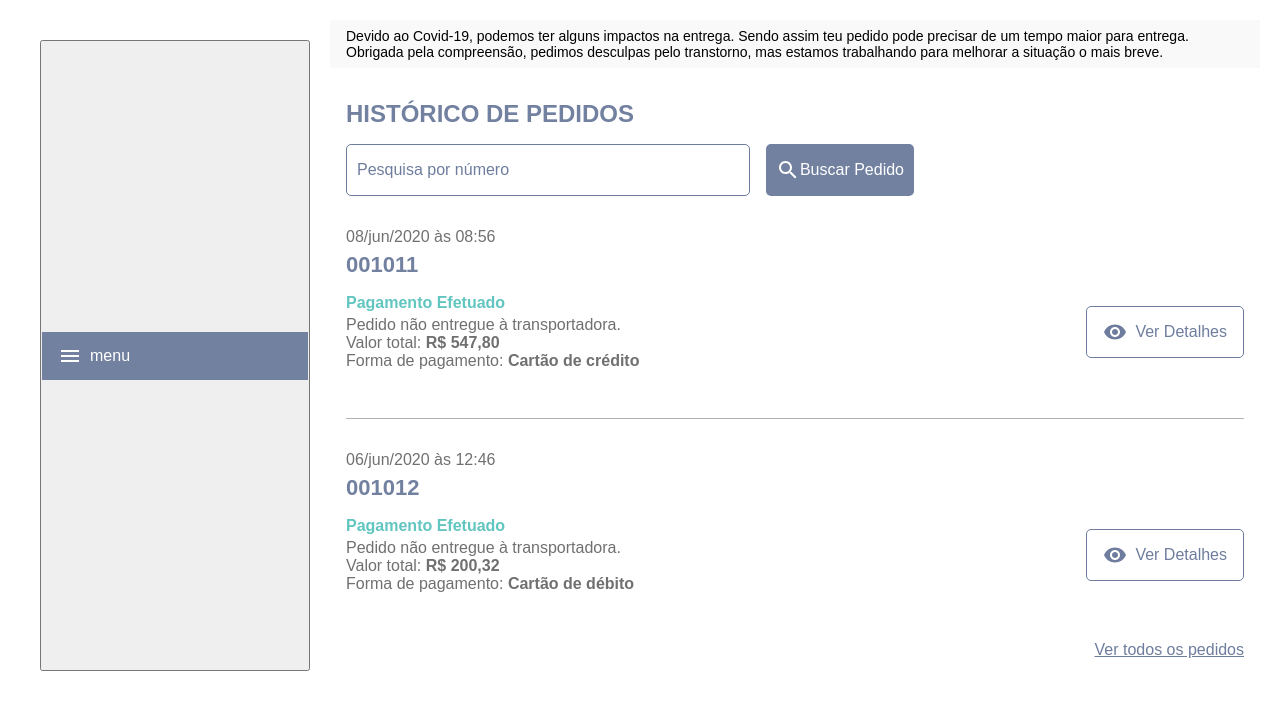
Repository: indiamarasiqueira/gestao-produto
Page: /
These files come from the project's save history. The page is drawn as it stood at one moment and after the next save; the edit follows.
The browser window is 1280 px wide. The pictures show the whole page.
The project was rebuilt for these pictures with package versions that can differ from the ones it lists, and the page was loaded fresh each time. Also part of the build but not shown: src/pages/generic/style.js, src/pages/generic/index.js, src/components/ModalMenu/index.js.

Above is the page before, as saved 2020-07-07 11:19:47.

### src/global.js
import { createGlobalStyle } from "styled-components";

const GlobalStyle = createGlobalStyle`
    * {
        margin: 0;
        padding: 0;
        outline: 0;
        box-sizing: border-box;
    }
   html, body, #root {
    margin: 0;
    padding: 0;
    font-family: 'Montserrat', sans-serif;
    -webkit-font-smoothing: antialiased;
    -moz-osx-font-smoothing: grayscale;
    background-color: #ffffff;
    }
`;
export default GlobalStyle;

### src/routes.js
import React from "react";
import { BrowserRouter, Switch, Route } from "react-router-dom";

import GenericPage from "./pages/generic";
// import AppMenu from "./components/AppMenu";
import OrderHistory from "./pages/orderHistory";
import AlertCovid from "./components/AlertCovid";

export default function Routes() {
  return (
    <BrowserRouter>
      <Switch>
        <Route path="*">
          {/* <AppMenu />
          <AlertCovid /> */}
          <Route path="/perfil" exact component={() => <GenericPage title="Meu Perfil" />} />
          <Route path="/localizacao" exact component={() => <GenericPage title="Meus endereços" />} />
          <Route path="/favoritos" exact component={() => <GenericPage title="Lista de favoritos" />} />
          <Route path={["/", "/pedidos"]} exact component={OrderHistory} />
        </Route>
      </Switch>
    </BrowserRouter>
  );
}

### src/pages/orderHistory/index.js
import React, { Fragment, useState } from "react";

import { OrderMenu, MenuApp } from "./style";

import AppMenu from '../../components/AppMenu'
import AlertCovid from "../../components/AlertCovid";
import HeaderTitle from "../../components/HeaderTitle";
import BoxSearch from "../../components/BoxSearch/index";
import Order from "../../components/Order/index";


const OrderHistory = () => {
  const [value, setValue] = useState("");
  const [query, setQuery] = useState("");
  const handleChange = (e) => setValue(e.target.value);

  const handleSubmit = (e) => {
    e.preventDefault();
    setQuery(value);
  };

  return (
    <OrderMenu>
      <MenuApp>
        <AppMenu />
      </MenuApp>
      <div>
        <AlertCovid />
        <HeaderTitle>HISTÓRICO DE PEDIDOS</HeaderTitle>
        <BoxSearch value={value} handleChange={handleChange} handleSubmit={handleSubmit} />
        <Order query={query} />
      </div>
    </OrderMenu>
  );
};
export default OrderHistory;

### src/components/AlertCovid/index.js
import React from "react";

import { Alert } from './style';

const AlertCovid = () => {
  return (
    <Alert>
      Devido ao Covid-19, podemos ter alguns impactos na entrega. Sendo assim teu pedido pode precisar de um tempo maior
      para entrega. Obrigada pela compreensão, pedimos desculpas pelo transtorno, mas estamos trabalhando para melhorar
      a situação o mais breve.
    </Alert>
  );
};
export default AlertCovid;

### src/components/HeaderTitle/index.js
import React from "react";

import { Title } from "./style";

const HeaderTitle = (props) => {
  return <Title>{props.children}</Title>;
};
export default HeaderTitle;

### src/pages/orderHistory/style.js
import styled from "styled-components";

export const OrderMenu = styled.div`
  display: grid;
  justify-content: center;
  grid-template-columns: 1fr 3fr ;
  padding: 20px;
  box-sizing: border-box;
  height: 100%;

   @media all and ( max-width: 1250px) {
    display: flex;
    flex-direction: column;
    width: 100%;
    padding: 10px;
  }
`;
export const MenuApp = styled.div`
  display: grid;
  justify-content: center;
  grid-template-columns: 1fr;
  padding: 20px;
  box-sizing: border-box;
  height: 100%;

  @media all and (max-width: 1250px) {
    display: flex;
    flex-direction: column;
    width: 100%;
    padding: 10px;
  }
`;

### src/components/AppMenu/index.js
import React, { useState } from "react";
import { useHistory } from "react-router-dom";

import MenuIcon from "@material-ui/icons/Menu";
import LockOpenIcon from "@material-ui/icons/LockOpen";
import HistoryIcon from "@material-ui/icons/History";
import RoomOutlinedIcon from "@material-ui/icons/RoomOutlined";
import FavoriteBorderIcon from "@material-ui/icons/FavoriteBorder";
import CloseIcon from "@material-ui/icons/Close";

import ModalMenu from '../ModalMenu/index';

import {
  MenuMain,
  Button,
  BoxIcon,
  MainMenu,
  UserInfo,
  UserInfoName,
  UserInfoEmail,
  MenuList,
  MenuListItem,
  MenuIconImage
} from "./style";

const AppMenu = () => {
  const history = useHistory();
  const [show, showModal] = useState(false);
  const navigate = (route) => {
    history.push(route);
    showModal(false);
  }

  return (
    <MenuMain>
      <Button onClick={() => showModal(!show)}>
        <BoxIcon>{show ? <CloseIcon /> : <MenuIcon />}</BoxIcon>
        menu
      </Button>
      <ModalMenu show={show}>
        <MainMenu>
          <UserInfo>
            <UserInfoName>Caroline Melinda W Effting</UserInfoName>
            <UserInfoEmail>effting.caroline@gmail.com</UserInfoEmail>
          </UserInfo>
          <MenuList>
            <MenuListItem onClick={() => navigate("/perfil")}>
              <MenuIconImage>
                <LockOpenIcon />
              </MenuIconImage>
              <span className="menu-label">meu perfil</span>
            </MenuListItem>
            <MenuListItem onClick={() => navigate("/pedidos")}>
              <MenuIconImage>
                <HistoryIcon />
              </MenuIconImage>
              <span className="menu-label">histórico de pedidos</span>
            </MenuListItem>
            <MenuListItem onClick={() => navigate("/localizacao")}>
              <MenuIconImage>
                <RoomOutlinedIcon />
              </MenuIconImage>
              <span className="menu-label">meus endereços</span>
            </MenuListItem>
            <MenuListItem onClick={() => navigate("/favoritos")}>
              <MenuIconImage>
                <FavoriteBorderIcon />
              </MenuIconImage>
              <span className="menu-label">lista de favoritos</span>
            </MenuListItem>
          </MenuList>
        </MainMenu>
      </ModalMenu>
    </MenuMain>
  );
};
export default AppMenu;

### src/components/BoxSearch/index.js
import React from "react";

import { Box, InputText, ButtonSearch } from "./style";
import SearchIcon from "@material-ui/icons/Search";

const BoxSearch = (props) => {
  return (
    <Box onSubmit={props.handleSubmit}>
      <InputText
        type="number"
        placeholder="Pesquisa por número"
        value={props.value}
        onChange={props.handleChange}
      />
      <ButtonSearch type="submit">
        <SearchIcon />
        <span className="search-text">Buscar Pedido</span>
      </ButtonSearch>
    </Box>
  );
};
export default BoxSearch;

### src/components/Order/index.js
import React, { useState } from "react";

import VisibilityIcon from "@material-ui/icons/Visibility";
import orderData from '../../db.json'

import {
  Empty,
  OrderList,
  OrderListItem,
  OrderDate,
  OrderId,
  OrderBox,
  OrderInfo,
  OrderStatus,
  ButtonOutline,
  OrderAll,
} from "./style";

const findOrder = (detail, query) => {
  const list = orderData.data;

  if (query){
    const regex = new RegExp(query);

    return list.filter(item => regex.test(item.id))
  }

  return detail ? orderData.data : orderData.data.slice(0, 2);
}


const Order = ({query}) => {
  const [detail, setDetail] = useState(false);
  const list = findOrder(detail, query)

  if (!list.length) {
    return <Empty>nenhum pedido encontrado :(</Empty>
  }

  return (
    <OrderList>
      {list.map((item, key) => (
        <OrderListItem key={key}>
          <OrderDate>{item.date}</OrderDate>
          <OrderId>{item.id}</OrderId>
          <OrderBox>
            <OrderInfo>
              <OrderStatus>{item.title}</OrderStatus>
              <p>
                {item.description}
                <br />
                Valor total: <b>R$ {item.price} </b>
                <br />
                Forma de pagamento: <b>{item.payment}</b>
              </p>
            </OrderInfo>
            <ButtonOutline>
              <VisibilityIcon />
              Ver Detalhes
            </ButtonOutline>
          </OrderBox>
        </OrderListItem>
      ))}
      {!detail && <OrderAll onClick={setDetail}>Ver todos os pedidos</OrderAll>}
    </OrderList>
  );
};
export default Order;

### src/components/AlertCovid/style.js
import styled from "styled-components";


// Main Page
export const Alert = styled.div`
  background: #f9f9f9;
  padding: 8px 16px;
  font-size: 14px;
`;

### src/components/HeaderTitle/style.js
import styled from "styled-components";

export const Title = styled.h1`
  color: #7281a0;
  padding: 16px;
  margin-top: 16px;
  font-weight: bold;
  font-size: 24px;
`;

### src/components/AppMenu/style.js
import styled from "styled-components";

export const MenuMain = styled.button`



`;
export const Button = styled.button`
  display: flex;
  align-items: center;
  justify-content: start;
  padding: 12px 16px;
  border: none;
  background: #7281A0;
  width: 100%;
  color: #ffffff;
  font-size: 16px;
  transition: all 0.2s ease-out;
  height: 48px;

  :hover{
    color: #7281A0;
    background: #F4F4F4;
  }
`;
export const BoxIcon = styled.div`
  display: inline-block;
  margin-right: 8px;
  height: 24px;
`;
export const MainMenu = styled.div`
  color: #717171;
  padding: 0 16px;
  border-bottom: 1px solid rgba(0, 0, 0, 0.3);
  position: fixed;
  top: 48px;
  left: 0;
  right: 0;
  bottom: 0;
  background: #fff;
`;

// User
export const UserInfo = styled.div`
  padding: 16px 0;
`;
export const UserInfoName = styled.p`
  margin-bottom: 8px;
`;
export const UserInfoEmail = styled.p``;
// Menu
export const MenuList = styled.nav``;

export const MenuListItem = styled.a`
  display: flex;
  align-items: center;
  padding: 16px 0;
  border-top: 1px solid rgba(0, 0, 0, 0.3);

  :hover{
    color: #707070;
    background: #F4F4F4;
  }
`;
export const MenuIconImage = styled.i`
  padding-left: 4px;
  padding-right: 16px;
`;

### src/components/BoxSearch/style.js
import styled from "styled-components";

export const Box = styled.form`
  padding: 0 16px;
  display: flex;
  align-items: center;
  justify-content: space-between;
  max-width: 600px;

`;
export const InputText = styled.input`
  flex: 1;
  color: #7281a0;
  height: 52px;
  border-radius: 5px;
  border: 1px solid #6e7d9d;
  font-size: 16px;
  padding-left: 10px;

  ::placeholder {
    color: #6e7d9d;
  }
`;
export const ButtonSearch = styled.button`
  background: #7281a0;
  border-radius: 5px;
  height: 52px;
  border: none;
  margin-left: 16px;
  padding: 10px;
  color: #ffffff;
  font-size: 16px;
  display: flex;
  align-items: center;
  justify-content: center;

  @media all and (max-width: 600px){
    .search-text{
      display: none;
    }
  }
`;

### src/db.json
{
  "data": [
    {
      "id": "001011",
      "date": "08/jun/2020 às 08:56",
      "title": "Pagamento Efetuado",
      "description": "Pedido não entregue à transportadora.",
      "price": "547,80",
      "payment": "Cartão de crédito"

    },
    {
      "id": "001012",
      "date": "06/jun/2020 às 12:46",
      "title": "Pagamento Efetuado",
      "description": "Pedido não entregue à transportadora.",
      "price": "200,32",
      "payment": "Cartão de débito"
    },
    {
      "id": "001013",
      "date": "04/jun/2020 às 09:30",
      "title": "Pagamento Efetuado",
      "description": "Pedido não entregue à transportadora.",
      "price": "150,60",
      "payment": "Cartão de crédito"
    },
    {
      "id": "001014",
      "date": "29/mai/2020 às 17:30",
      "title": "Pagamento Efetuado",
      "description": "Pedido não entregue à transportadora.",
      "price": "83,58",
      "payment": "Cartão de débito"
    }
  ]

}

### src/components/Order/style.js
import styled from "styled-components";

export const Empty = styled.div`
  padding: 16px;
  color: #ccc;
  text-align: center;
`;
export const OrderList = styled.div`
  padding: 0 16px;
`;
export const OrderListItem = styled.div`
  padding: 32px 0;
  border-top: 1px solid rgba(0, 0, 0, 0.3);

  &:first-of-type {
    border-top-width: 0;
  }

`;
export const OrderDate = styled.p`
  color: #707070;
  font-size: 16px;
`;
export const OrderId = styled.p`
  padding-top: 6px;
  color: #7281a0;
  font-size: 22px;
  font-weight: bold;
`;
export const OrderBox = styled.div`

  @media all and (min-width: 600px){
    display: flex;
    align-items: center;
  }
`;
export const OrderInfo = styled.div`
  flex: 1;
  margin: 16px 0;
  color: #707070;

`;
export const OrderStatus = styled.p`
  color: #61c5c0;
  margin-bottom: 4px;
  font-weight: bold;
`;
export const ButtonOutline = styled.div`
  border-radius: 5px;
  border: 1px solid #6e7d9d;
  height: 52px;
  display: flex;
  align-items: center;
  justify-content: center;
  color: #6e7d9d;
  padding: 8px 16px;

  svg {
    margin-right: 8px;
  }

`;
export const OrderAll = styled.button`
  color: #6E7D9D;
  margin-bottom: 32px;
  background: none;
  border: none;
  text-decoration: underline;
  width: 100%;
  display: flex;
  align-items: center;
  justify-content: flex-end;
  font-size: 16px;
`;

Loaded but not shown: public/index.html (common file); src/index.js (common file)

After the next save:
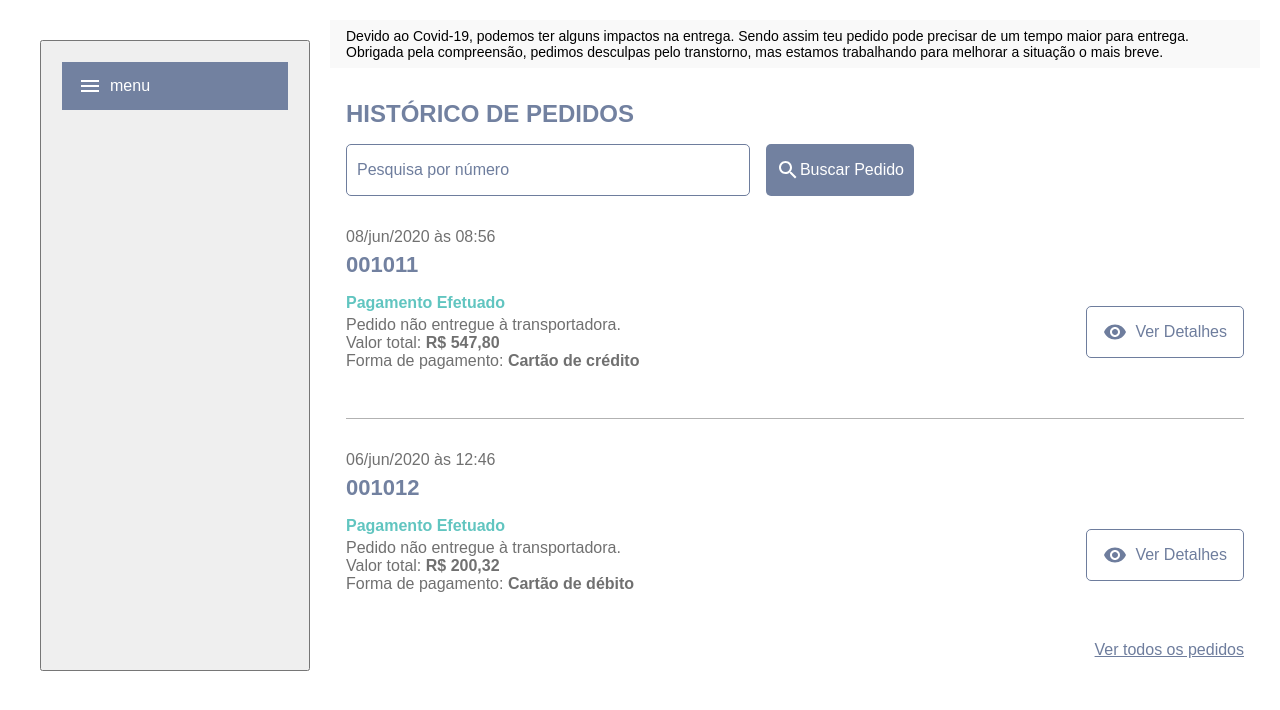
Saved 30 s later.
--- a/src/components/AppMenu/style.js
+++ b/src/components/AppMenu/style.js
@@ -2,6 +2,19 @@ import styled from "styled-components";
 
 export const MenuMain = styled.button`
 
+  display: grid;
+  justify-content: center;
+  grid-template-columns: 1fr;
+  padding: 20px;
+  box-sizing: border-box;
+  height: 100%;
+
+  @media all and (max-width: 1250px) {
+    display: flex;
+    flex-direction: column;
+    width: 100%;
+    padding: 10px;
+  }
 
 
 `;
